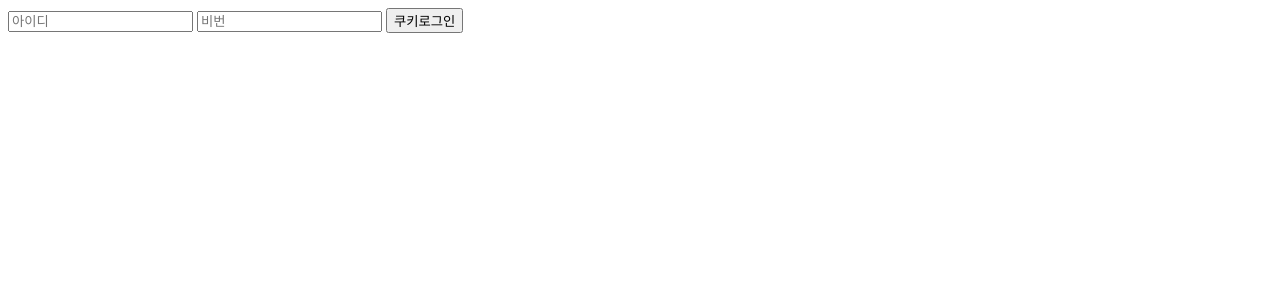
Repository: Muji1412/JSPstudy
Page: http://localhost/JSPbasic/cookie/cookie_ex01.jsp
These files come from the project's save history. The page is drawn as it stood at one moment and after the next save; the edit follows.
The browser window is 1280 px wide. The pictures show the whole page.
The page is served by Tomcat 9. Other server files are loaded and not shown.

Above is the page before, as saved 2025-02-20 07:30:03.

### workspace/JSPbasic/src/main/webapp/cookie/cookie_ex01.jsp
<%@ page language="java" contentType="text/html; charset=UTF-8"
    pageEncoding="UTF-8"%>
<!DOCTYPE html>
<html>
<head>
<meta charset="UTF-8">
<title>Insert title here</title>
</head>
<body>
	<form action="cookie_ex01_result.jsp">
		<input type="text" name = "id" placeholder="아이디">
		<input type="text" name = "pw" placeholder="비번">
		<input type ="submit" value ="쿠키로그인">
	</form>

</body>
</html>

After the next save:
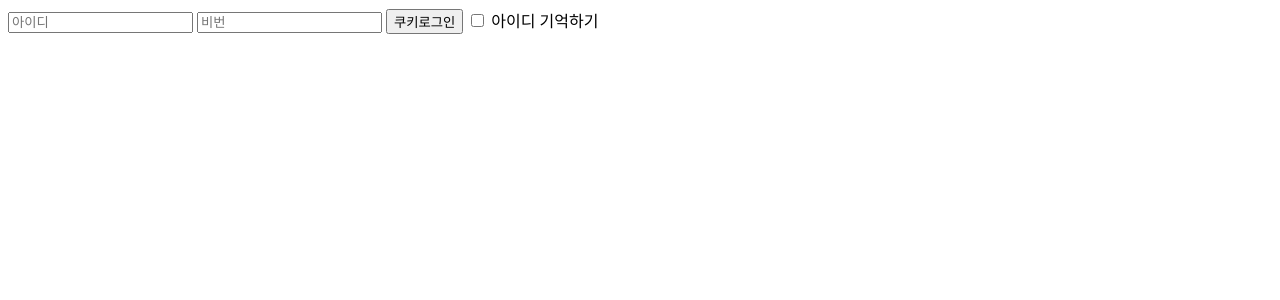
Saved 90 s later.
--- a/workspace/JSPbasic/src/main/webapp/cookie/cookie_ex01.jsp
+++ b/workspace/JSPbasic/src/main/webapp/cookie/cookie_ex01.jsp
@@ -11,6 +11,7 @@
 		<input type="text" name = "id" placeholder="아이디">
 		<input type="text" name = "pw" placeholder="비번">
 		<input type ="submit" value ="쿠키로그인">
+		<input type = "checkbox" value = "yes"> 아이디 기억하기
 	</form>
 
 </body>
